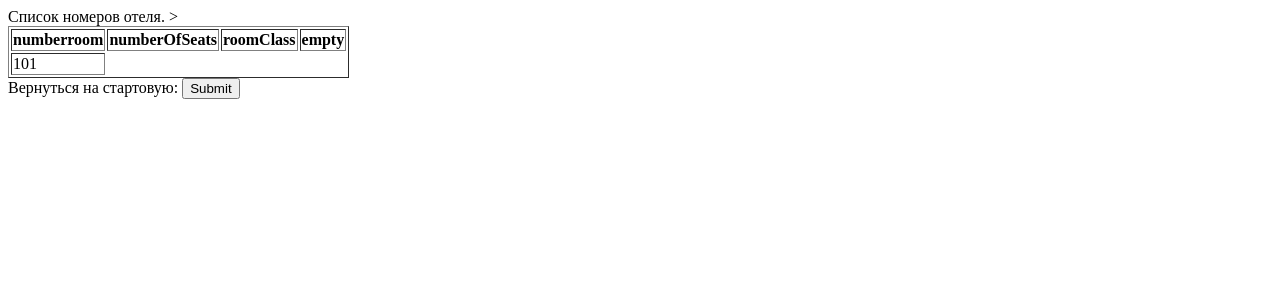
Repository: milosh-alexandr-by/ItAcademyJavaDeveloper
Page: http://localhost/HotelRequestSystem/HotelRooms.jsp
These files come from the project's save history. The page is drawn as it stood at one moment and after the next save; the edit follows.
The browser window is 1280 px wide. The pictures show the whole page.
The page is served by Tomcat 9. Other server files are loaded and not shown. Queries for data that is not in the repository find no rows.

Above is the page before, as saved 2015-12-10 20:29:19.

### Project_WEB/HotelRequestSystem/WebContent/HotelRooms.jsp
<%@ page import="java.sql.*" language="java" contentType="text/html; charset=UTF-8"
    pageEncoding="UTF-8"%>
<!DOCTYPE html PUBLIC "-//W3C//DTD HTML 4.01 Transitional//EN" "http://www.w3.org/TR/html4/loose.dtd">
<html>
<head>
<meta http-equiv="Content-Type" content="text/html; charset=UTF-8">
<title>Insert title here</title>
</head>
<body>

	Список номеров отеля.

	<%
		Connection con = DriverManager.getConnection("jdbc:mysql://localhost:3306/hotelrequestsystem", "root", "root");
		Statement stmt = con.createStatement();
		ResultSet resultset = stmt.executeQuery("select * from tableName") ;
	%>>

	<TABLE BORDER="1">
		<TR>
			<TH>numberroom</TH>
			<TH>numberOfSeats</TH>
			<TH>roomClass</TH>
			<TH>empty</TH>
		</TR>
		<TR>
			<TD>101</TD>
		</TR>
	</TABLE>

	<form action="Administrator.jsp" method="GET">
		Вернуться на стартовую: <input type="submit" name="ReturnToMainPage" value="Submit">
	</form>

</body>
</html>

After the next save:
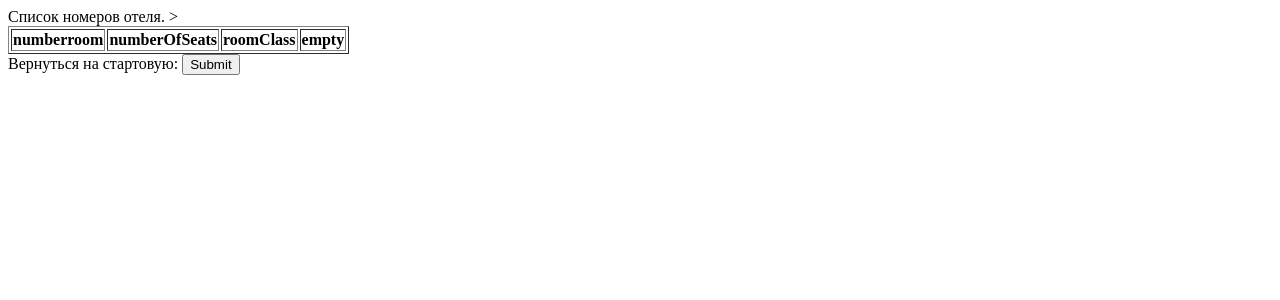
Saved 3 min 18 s later.
--- a/Project_WEB/HotelRequestSystem/WebContent/HotelRooms.jsp
+++ b/Project_WEB/HotelRequestSystem/WebContent/HotelRooms.jsp
@@ -13,7 +13,7 @@
 	<%
 		Connection con = DriverManager.getConnection("jdbc:mysql://localhost:3306/hotelrequestsystem", "root", "root");
 		Statement stmt = con.createStatement();
-		ResultSet resultset = stmt.executeQuery("select * from tableName") ;
+		ResultSet rs = stmt.executeQuery("select * from tableName") ;
 	%>>
 
 	<TABLE BORDER="1">
@@ -23,9 +23,14 @@
 			<TH>roomClass</TH>
 			<TH>empty</TH>
 		</TR>
+		<% while(rs.next()) { %>
 		<TR>
-			<TD>101</TD>
+			<TD><%= rs.getString(1) %>></TD>
+			<TD><%= rs.getString(2) %>></TD>
+			<TD><%= rs.getString(3) %>></TD>
+			<TD><%= rs.getString(4) %>></TD>
 		</TR>
+		<% } %>
 	</TABLE>
 
 	<form action="Administrator.jsp" method="GET">
